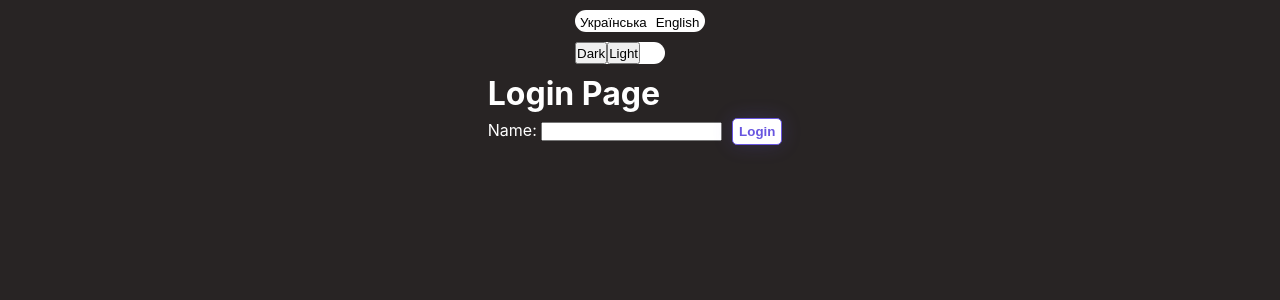
Repository: Novoselets28/star-wars-hooks
Page: /people
These files come from the project's save history. The page is drawn as it stood at one moment and after the next save; the edit follows.
The browser window is 1280 px wide. The pictures show the whole page.
The project was rebuilt for these pictures with package versions that can differ from the ones it lists, and the page was loaded fresh each time. Also part of the build but not shown: src/components/HomePage.jsx, src/components/People/CurrentPeople.jsx, src/components/People/PeopleList.jsx, src/components/People/People.jsx, src/components/Planets/CurrentPlanet.jsx, src/components/Planets/PlanetsList.jsx, src/components/Planets/Planets.jsx, src/components/Starships/CurrentStarship.jsx and 4 more.

Above is the page before, as saved 2023-03-27 19:50:37.

### src/index.js
import React from 'react';
import ReactDOM from 'react-dom/client';
import './index.css';
import App from './App';
import reportWebVitals from './reportWebVitals';
import { BrowserRouter } from 'react-router-dom';



const root = ReactDOM.createRoot(document.getElementById('root'));
root.render(
  <React.StrictMode>
    <BrowserRouter>
      <App />
    </BrowserRouter>
  </React.StrictMode>
);

// If you want to start measuring performance in your app, pass a function
// to log results (for example: reportWebVitals(console.log))
// or send to an analytics endpoint. Learn more: https://bit.ly/CRA-vitals
reportWebVitals();

### src/App.js
import React, { createContext, useState } from 'react';
import { Route, Routes } from 'react-router';
import './App.css'
import Header from './components/Header';
import HomePage from './components/HomePage';
import People from './components/People/People';
import Planets from './components/Planets/Planets';
import Starships from './components/Starships/Starships';
import LoginPage from './components/LoginPage';
import RequireAuth from './hoc/RequireAuth';
import AuthProvider from './hoc/AuthProvider'
import Layout from './components/Layout';
import ErrorPage from './components/ErrorPage';



export const ThemeContext = createContext();
export const LangContext = createContext(null)

function App() {

  const [theme, setTheme] = useState("dark");

  const [currentLang, setCurrentLang] = useState("eng")


  return (
          <div className={`container-${theme}`}>
            <LangContext.Provider value={{currentLang, setCurrentLang}}>
              <ThemeContext.Provider value={{theme,setTheme}}>
                <AuthProvider>
                  <Header/>
                  <Routes>
                      <Route path="login" element={<LoginPage/>}/>
                      <Route path='*' element={<ErrorPage/>} />
                      <Route path='/' element={
                        <RequireAuth>
                          <Layout />
                        </RequireAuth>
                      }/>
                      <Route path="home" element={
                        <RequireAuth>
                          <HomePage />
                        </RequireAuth>
                      }/>
                      <Route path="people" element={
                        <RequireAuth>
                          <People />
                        </RequireAuth>
                      }/>
                      <Route path="planets" element={
                        <RequireAuth>
                          <Planets/>
                        </RequireAuth>
                      } />
                      <Route path="starships" element={
                        <RequireAuth>
                          <Starships/>
                        </RequireAuth>
                      } />
                  </Routes>
                </AuthProvider>
              </ThemeContext.Provider>
            </LangContext.Provider>
            </div>

  );
}

export default App;

### src/App.css
*{
  margin: 0;
  padding: 0;
}

.header{
  display: flex;
  justify-content: space-around;
  width: 100vw;
}

.navigate-block{
  display: flex;
}

header a{
  text-decoration: none;
  font-family: sans-serif;
  display: inline-block;
  color: #fff;
  padding: 10px 20px;
  background-color: rgb(48, 48, 61);
  border-bottom: 5px solid #f4ce28;
}

.container-dark {
  background-color: rgb(40, 36, 36);
  color: #fff;
  width: 100vw;
  height: 100vh;
  display: flex;
  flex-direction: column;
  align-items: center;
}

.container-light {
  background-color: rgb(171, 163, 163);
  color: #fff;
  width: 100vw;
  height: 100vh;
  display: flex;
  flex-direction: column;
  align-items: center;

}

.item-block{
  width: 240px;
  text-align: center;
}

.item-block button{
  cursor: pointer;
  border: none;
  border-radius: 25px;
  font-weight: 600;
  margin: 10px 10px;
  width: 50px;
  padding: 10px 0;
  box-shadow: 0 0 20px rgba(104, 85, 224, 0.2);
  transition: 0.4s;
  color: rgb(104, 85, 224);
  background-color: rgba(255, 255, 255, 1);
  border: 1px solid rgba(104, 85, 224, 1);
}

.item-block button:hover{
  color: white;
  box-shadow: 0 0 20px rgba(104, 85, 224, 0.6);
  background-color: rgba(104, 85, 224, 1);
}

.item-list{
  text-align: center;
}

.selected-item {
  background-color: rgb(56, 55, 55);
  margin: 15px;
  border: 3px solid rgb(103, 101, 101);
}

h2{
  color: rgb(8, 120, 8);
  cursor: pointer;
}

h2:hover{
  text-decoration: underline;
}

ul{
  background-color: rgb(56, 55, 55);
}

li{
  list-style: none;
  border: 1px solid rgb(103, 101, 101);
  cursor: pointer;
}

li:hover{
  box-shadow: 0 0 20px rgba(85, 85, 86, 0.6);
}

.button-box-theme{
  display: flex;
  width: 90px;
  height: 22px;
  margin: 10px 20px;
  position: relative;
  border-radius: 30px;
  background: #fff;
}

.button-box-lang{
  display: flex;
  width: 130px;
  height: 22px;
  margin: 10px 20px;
  position: relative;
  border-radius: 30px;
  background: #fff;
}

.btn-dark{
  padding: 5px;
  width: 45px;
  height: 22px;
  cursor: pointer;
  background: #e67e22;
  border: 0;
  border-radius: 30px;
  outline: none;
  transition: 0.2s;
  text-align: center;
}

.btn-light{
  padding: 5px;
  width: 45px;
  height: 22px;
  cursor: pointer;
  background: transparent;
  border: 0;
  outline: none;
  text-align: center;
}

.active{
  padding: 5px;
  width: 75px;
  height: 22px;
  cursor: pointer;
  background: linear-gradient(to right, yellow 50%, rgb(0, 166, 255) 50%);
  border: 0;
  border-radius: 30px;
  outline: none;
  transition: 0.2s;
  text-align: center;
}

.not-active{
  padding: 5px;
  width: 75px;
  height: 22px;
  cursor: pointer;
  background: transparent;
  border: 0;
  outline: none;
  text-align: center;
}

.home-page{
  text-align: center;
  padding: 20px 0;
}

.home-page button{
  cursor: pointer;
  border: 0;
  border-radius: 4px;
  font-weight: 600;
  margin: 10px 10px;
  width: 200px;
  padding: 10px 0;
  box-shadow: 0 0 20px rgba(104, 85, 224, 0.2);
  transition: 0.4s;
  color: rgb(104, 85, 224);
  background-color: rgba(255, 255, 255, 1);
  border: 1px solid rgba(104, 85, 224, 1);
}

.home-page button:hover{
    color: white;
    box-shadow: 0 0 20px rgba(104, 85, 224, 0.6);
    background-color: rgba(104, 85, 224, 1);
}

form button{
  cursor: pointer;
  border-radius: 5px;
  font-weight: 600;
  margin: 5px 10px;
  width: 50px;
  padding: 5px 0;
  box-shadow: 0 0 20px rgba(104, 85, 224, 0.2);
  transition: 0.4s;
  color: rgb(104, 85, 224);
  background-color: rgba(255, 255, 255, 1);
  border: 1px solid rgba(104, 85, 224, 1);
}

form button:hover{
  color: white;
  box-shadow: 0 0 20px rgba(104, 85, 224, 0.6);
  background-color: rgba(104, 85, 224, 1);
}

form input{
  cursor: pointer;
}

#error-page {
  text-align: center;
}

### src/components/Header.jsx
import React, { useContext } from 'react';
import { LangContext, ThemeContext } from '../App';




function Header() {
  const { language, setLanguage} = useContext(LangContext);
  const {theme , setTheme} = useContext(ThemeContext)






  return (
    <div>
      <div className="button-box-lang">
        <button className={language==="ukr" ? "active" : "not-active"} onClick={()=>setLanguage("ukr")}>Українська</button>
        <button className={language==="eng" ? "active" : "not-active"} onClick={()=>setLanguage("eng")}>English</button>
      </div>
      <div className="button-box-theme">
        <button className={theme==="light" ? "dark" : ""} onClick={()=>setTheme("dark")}>Dark</button>
        <button className={theme==="dark" ? "light" : ""} onClick={()=>setTheme("light")}>Light</button>
      </div>
    </div>
  );
}

export default Header;

### src/components/LoginPage.jsx
import { useLocation, useNavigate } from "react-router-dom";
import { useAuth } from "../hook/useAuth";

const LoginPage = () => {
  const navigate = useNavigate();
  const location = useLocation();

  const {signin} = useAuth();

  const fromPage = location.state?.from?.pathname || '/';

  const handleSubmit = (event) => {
    event.preventDefault();
    const form = event.target;
    const user = form.username.value;

    signin(user, ()=> navigate(fromPage, {replace: true}))
  }

  return (
    <div>
      <h1>Login Page</h1>
      <form onSubmit={handleSubmit}>
        <label>
          Name: <input name="username"/>
        </label>
        <button type="submit">Login</button>
      </form>
    </div>
  )
};

export default LoginPage;

### src/hoc/RequireAuth.jsx
import {useLocation, Navigate} from 'react-router-dom'


const RequireAuth = ({children}) =>{
    const location = useLocation();
    const auth = false;

    if(!auth){
        return <Navigate to='/login' state={{from:location}}/>
    }

    return children
}

export default RequireAuth;

### src/hoc/AuthProvider.jsx
import { createContext, useState } from "react";

export const AuthContext = createContext(null);

const AuthProvider = ({children}) => {

    const [user, setUser] = useState(null);

    const signin = (newUser, cb) =>{
        setUser(newUser);
        cb();
    }

    const signout = (cb) =>{
        setUser(null);
        cb();
    }

    const value = {user, signin, signout}


    return <AuthContext.Provider value={value}>
        {children}
    </AuthContext.Provider>
}

export default AuthProvider;

### src/hook/useAuth.jsx
import { useContext } from 'react'
import { AuthContext } from '../hoc/AuthProvider'

export function useAuth() {
  return useContext(AuthContext)
}

Loaded but not shown: public/index.html (common file); src/index.css (common file); src/reportWebVitals.js (common file)

After the next save:
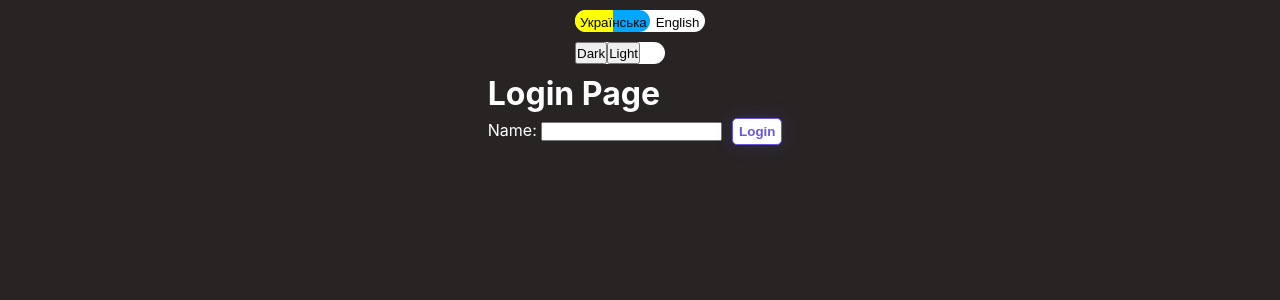
Saved 2 min 26 s later.
--- a/src/components/Header.jsx
+++ b/src/components/Header.jsx
@@ -16,7 +16,7 @@ function Header() {
   return (
     <div>
       <div className="button-box-lang">
-        <button className={language==="ukr" ? "active" : "not-active"} onClick={()=>setLanguage("ukr")}>Українська</button>
+        <button className={language==="ukr" ? "not-active" : "active"} onClick={()=>setLanguage("ukr")}>Українська</button>
         <button className={language==="eng" ? "active" : "not-active"} onClick={()=>setLanguage("eng")}>English</button>
       </div>
       <div className="button-box-theme">
